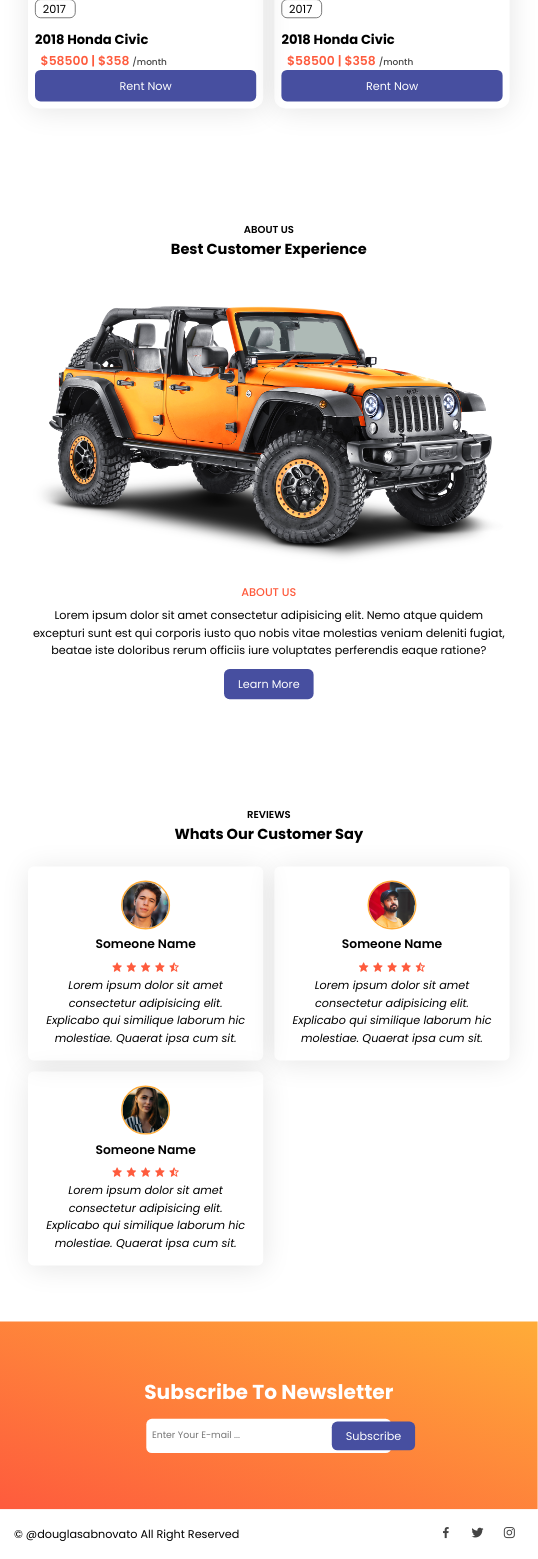
Repository: douglasabnovato/car-rental
Page: index.html
These files come from the project's save history. The page is drawn as it stood at one moment and after the next save; the edit follows.
The browser window is 768 px wide. The pictures show the part of the page from y = 2797 to 5037 px (the page is 5024 px tall before and 5037 px after), at 70% of full size.

Above is the page before, as saved 2025-05-16 22:02:04.

### index.html
<!DOCTYPE html>
<html lang="en">
  <head>
    <meta charset="UTF-8" />
    <meta name="viewport" content="width=device-width, initial-scale=1.0" />
    <title>Car Rental</title>
    <link
      rel="stylesheet"
      href="https://cdn.jsdelivr.net/npm/boxicons@latest/css/boxicons.min.css"
    />
    <link rel="stylesheet" href="./style.css" />
  </head>
  <body>
    <!-- Header -->
    <header>
      <a href="#" class="logo"
        ><img src="./assets/jeep.png" alt="logo da car rental" srcset=""
      /></a>
      <div class="bx bx-menu" id="menu-icon"></div>
      <ul class="navbar">
        <li><a href="#home">Home</a></li>
        <li><a href="#ride">Ride</a></li>
        <li><a href="#services">Services</a></li>
        <li><a href="#about">About</a></li>
        <li><a href="#reviews">Reviews</a></li>
      </ul>
      <div class="header-btn">
        <a href="#" class="sign-up">Sign Up</a>
        <a href="#" class="sign-in">Sign In</a>
      </div>
    </header>

    <!-- Home -->
    <section class="home" id="home">
      <div class="text">
        <h1>
          <span>Looking</span> to <br />
          rent a car
        </h1>
        <p>
          Lorem ipsum dolor sit amet consectetur adi <br />
          pisicing elit. Explicabo esse non fugiat!
        </p>
        <div class="app-stores">
          <img src="./assets/ios.png" alt="" />
          <img src="./assets/play.png" alt="" />
        </div>
      </div>
      <div class="form-container">
        <form action="">
          <div class="input-box">
            <span>Location</span>
            <input type="search" name="" id="" placeholder="Search Places" />
          </div>
          <div class="input-box">
            <span>Pick-Up Date</span>
            <input type="date" name="" id="" />
          </div>
          <div class="input-box">
            <span>Return Date</span>
            <input type="date" name="" id="" />
          </div>
          <input type="submit" name="" id="" class="btn" />
        </form>
      </div>
    </section>

    <!-- Ride -->
    <section class="ride" id="ride">
      <div class="heading">
        <span>How Its Work</span>
        <h1>Rent With 3 Easy Steps</h1>
      </div>
      <div class="ride-container">
        <div class="box">
          <i class="bx bxs-map"></i>
          <h2>Choose A Location</h2>
          <p>
            Lorem ipsum dolor sit, amet consectetur adipisicing elit.
            Perspiciatis, impedit? Saepe quo quam numquam maxime?
          </p>
        </div>
        <div class="box">
          <i class="bx bxs-calendar-check"></i>
          <h2>Pick-Up Date</h2>
          <p>
            Lorem ipsum dolor sit, amet consectetur adipisicing elit.
            Perspiciatis, impedit? Saepe quo quam numquam maxime?
          </p>
        </div>
        <div class="box">
          <i class="bx bxs-calendar-star"></i>
          <h2>Book A Car</h2>
          <p>
            Lorem ipsum dolor sit, amet consectetur adipisicing elit.
            Perspiciatis, impedit? Saepe quo quam numquam maxime?
          </p>
        </div>
      </div>
    </section>

    <!-- Services -->
    <section class="services" id="services">
      <div class="heading">
        <span>Best Services</span>
        <h1>
          Explore Out Top Deals <br />
          From Top Rated Dealers
        </h1>
      </div>
      <div class="services-container">
        <div class="box">
          <div class="box-img">
            <img src="./assets/car1.jpg" alt="car1" />
          </div>
          <p>2017</p>
          <h3>2018 Honda Civic</h3>
          <h2>$58500 | $358 <span> /month</span></h2>
          <a href="#" class="btn">Rent Now</a>
        </div>

        <div class="box">
          <div class="box-img">
            <img src="./assets/car2.jpg" alt="car1" />
          </div>
          <p>2017</p>
          <h3>2018 Honda Civic</h3>
          <h2>$58500 | $358 <span> /month</span></h2>
          <a href="#" class="btn">Rent Now</a>
        </div>

        <div class="box">
          <div class="box-img">
            <img src="./assets/car3.jpg" alt="car1" />
          </div>
          <p>2017</p>
          <h3>2018 Honda Civic</h3>
          <h2>$58500 | $358 <span> /month</span></h2>
          <a href="#" class="btn">Rent Now</a>
        </div>

        <div class="box">
          <div class="box-img">
            <img src="./assets/car4.jpg" alt="car1" />
          </div>
          <p>2017</p>
          <h3>2018 Honda Civic</h3>
          <h2>$58500 | $358 <span> /month</span></h2>
          <a href="#" class="btn">Rent Now</a>
        </div>

        <div class="box">
          <div class="box-img">
            <img src="./assets/car5.jpg" alt="car1" />
          </div>
          <p>2017</p>
          <h3>2018 Honda Civic</h3>
          <h2>$58500 | $358 <span> /month</span></h2>
          <a href="#" class="btn">Rent Now</a>
        </div>

        <div class="box">
          <div class="box-img">
            <img src="./assets/car6.jpg" alt="car1" />
          </div>
          <p>2017</p>
          <h3>2018 Honda Civic</h3>
          <h2>$58500 | $358 <span> /month</span></h2>
          <a href="#" class="btn">Rent Now</a>
        </div>
      </div>
    </section>

    <!-- About -->
    <section class="about" id="about">
      <div class="heading">
        <span>About Us</span>
        <h1>Best Customer Experience</h1>
      </div>
      <div class="about-container">
        <div class="about-img">
          <img src="./assets/about.png" alt="" />
        </div>
        <div class="about-text">
          <span>About Us</span>
          <p>
            Lorem ipsum dolor sit amet consectetur adipisicing elit. Nemo atque
            quidem excepturi sunt est qui corporis iusto quo nobis vitae
            molestias veniam deleniti fugiat, beatae iste doloribus rerum
            officiis iure voluptates perferendis eaque ratione?
          </p>
          <a href="#" class="btn">Learn More</a>
        </div>
      </div>
    </section>

    <!-- Reviews -->
    <section class="reviews" id="reviews">
      <div class="heading">
        <span>Reviews</span>
        <h1>Whats Our Customer Say</h1>
      </div>
      <div class="reviews-container">
        <div class="box">
          <div class="rev-img">
            <img src="./assets/rev1.jpg" alt="" />
          </div>
          <h2>Someone Name</h2>
          <div class="stars">
            <i class="bx bxs-star"></i>
            <i class="bx bxs-star"></i>
            <i class="bx bxs-star"></i>
            <i class="bx bxs-star"></i>
            <i class="bx bxs-star-half"></i>
          </div>
          <p>
            Lorem ipsum dolor sit amet consectetur adipisicing elit. Explicabo
            qui similique laborum hic molestiae. Quaerat ipsa cum sit.
          </p>
        </div>
        <div class="box">
          <div class="rev-img">
            <img src="./assets/rev2.jpg" alt="" />
          </div>
          <h2>Someone Name</h2>
          <div class="stars">
            <i class="bx bxs-star"></i>
            <i class="bx bxs-star"></i>
            <i class="bx bxs-star"></i>
            <i class="bx bxs-star"></i>
            <i class="bx bxs-star-half"></i>
          </div>
          <p>
            Lorem ipsum dolor sit amet consectetur adipisicing elit. Explicabo
            qui similique laborum hic molestiae. Quaerat ipsa cum sit.
          </p>
        </div>
        <div class="box">
          <div class="rev-img">
            <img src="./assets/rev3.jpg" alt="" />
          </div>
          <h2>Someone Name</h2>
          <div class="stars">
            <i class="bx bxs-star"></i>
            <i class="bx bxs-star"></i>
            <i class="bx bxs-star"></i>
            <i class="bx bxs-star"></i>
            <i class="bx bxs-star-half"></i>
          </div>
          <p>
            Lorem ipsum dolor sit amet consectetur adipisicing elit. Explicabo
            qui similique laborum hic molestiae. Quaerat ipsa cum sit.
          </p>
        </div>
      </div>
    </section>

    <!-- Newsletter -->
    <section class="newsletter">
      <h2>Subscribe To Newsletter</h2>
      <div class="box">
        <input type="text" placeholder="Enter Your E-mail ..." />
        <a href="#" class="btn">Subscribe</a>
      </div>
    </section>

    <!-- Copyright -->
    <div class="copyright">
      <p>&#169; @douglasabnovato All Right Reserved</p>
      <div class="social">
        <a href="#"><i class="bx bxl-facebook"></i></a>
        <a href="#"><i class="bx bxl-twitter"></i></a>
        <a href="#"><i class="bx bxl-instagram"></i></a>
      </div>
    </div>

    <!-- Link to JS -->
    <script src="./script.js"></script>
  </body>
</html>

### style.css
@import url("https://fonts.googleapis.com/css2?family=Noto+Sans:ital,wght@0,100..900;1,100..900&family=Poppins:ital,wght@0,100;0,200;0,300;0,400;0,500;0,600;0,700;0,800;0,900;1,100;1,200;1,300;1,400;1,500;1,600;1,700;1,800;1,900&display=swap");

* {
  margin: 0;
  padding: 0;
  box-sizing: border-box;
  scroll-padding-top: 2rem;
  scroll-behavior: smooth;
  list-style: none;
  text-decoration: none;
  font-family: "Poppins", sans-serif;
}

:root {
  --main-color: #fe5b3d;
  --second-color: #ffac38;
  --text-color: #444;
  --gradient: linear-gradient(#fe5b3d, #ffac38);
}

html::-webkit-scrollbar {
  width: 0.5rem;
}

html::-webkit-scrollbar-track {
  background: transparent;
}

html::-webkit-scrollbar-thumb {
  background: var(--main-color);
  border-radius: 5rem;
}

section {
  padding: 50px 100px;
}

/* Header */

header {
  position: fixed;
  width: 100%;
  top: 0;
  right: 0;
  z-index: 1000;
  display: flex;
  align-items: center;
  justify-content: space-between;
  background: #eeeff1;
  padding: 15px 100px;
}

.logo img {
  width: 40px;
}

.navbar {
  display: flex;
}

.navbar li {
  position: relative;
}

.navbar a {
  font-size: 1rem;
  padding: 10px 20px;
  color: var(--text-color);
  font-weight: 500;
}

.navbar a:after {
  content: "";
  width: 0;
  height: 3px;
  background: var(--gradient);
  position: absolute;
  bottom: -4px;
  left: 0;
  transition: 0.5s;
}

.navbar a:hover::after {
  width: 100%;
}

#menu-icon {
  font-size: 24px;
  cursor: pointer;
  z-index: 10001;
  display: none;
}

.header-btn a {
  padding: 10px 20px;
  color: var(--text-color);
  font-weight: 500;
}

.header-btn .sign-in {
  background: #474fa0;
  color: #fff;
  border-radius: 0.5rem;
}

.header-btn .sign-in:hover {
  background: var(--main-color);
}

/* Home */
.home {
  width: 100%;
  min-height: 100vh;
  position: relative;
  background: url(./assets/Car\ Website\ –\ 1@2x.png);
  background-repeat: no-repeat;
  background-position: center right;
  background-size: cover;
  display: grid;
  align-items: center;
  grid-template-columns: repeat(2, 1fr);
}

.text h1 {
  font-size: 3.5rem;
  letter-spacing: 2px;
}

.text span {
  color: var(--main-color);
}

.text p {
  margin: 0.5rem 0 1rem;
}

.app-stores {
  display: flex;
}

.app-stores img {
  width: 100px;
  margin-right: 1rem;
  cursor: pointer;
}

.form-container form {
  display: flex;
  flex-wrap: wrap;
  align-items: center;
  gap: 1rem;
  position: absolute;
  bottom: 4rem;
  left: 100px;
  background: #fff;
  padding: 20px;
  border-radius: 0.5rem;
}

.input-box {
  flex: 1 1 7rem;
  display: flex;
  flex-direction: column;
}

.input-box span {
  font-weight: 500;
}

.input-box input {
  padding: 7px;
  outline: none;
  border: none;
  background: #eeeff1;
  border-radius: 0.5rem;
  font-size: 1rem;
}

.form-container form .btn {
  flex: 1 1 7rem;
  padding: 10px 34px;
  border: none;
  border-radius: 0.5rem;
  background: #474fa0;
  color: #fff;
  font-size: 1rem;
  font-weight: 500;
}

.form-container form .btn:hover {
  background: var(--main-color);
  cursor: pointer;
}

/* Ride */
.heading {
  text-align: center;
}

.heading span {
  font-weight: 500;
  text-transform: uppercase;
}

.heading h1 {
  font-size: 2rem;
}

.ride-container {
  display: grid;
  align-items: center;
  grid-template-columns: repeat(auto-fit, minmax(250px, auto));
  gap: 1rem;
  margin-top: 2rem;
}

.ride-container .box {
  text-align: center;
  padding: 20px;
}

.ride-container .box .bx {
  font-size: 34px;
  padding: 10px;
  background: #eeeff1;
  border-radius: 0.5rem;
  color: var(--main-color);
}

.ride-container .box h2 {
  font-size: 1.3rem;
  font-weight: 500;
  margin: 1.4rem 0 0.5rem;
}

.ride-container .box .bx:hover,
.ride-container .box .bx .bxs-calendar-star {
  background: var(--gradient);
  color: #fff;
}

/* Services */
.services-container {
  display: grid;
  grid-template-columns: repeat(auto-fit, minmax(300px, auto));
  gap: 1rem;
  margin-top: 2rem;
}

.services-container .box {
  padding: 10px;
  border-radius: 1rem;
  box-shadow: 1px 4px 41px rgba(0, 0, 0, 0.1);
}

.services-container .box .box-img {
  width: 100%;
  height: 200px;
}

.services-container .box .box-img img {
  width: 100%;
  height: 100%;
  border-radius: 1rem;
  object-fit: cover;
  object-position: center;
}

.services-container .box p {
  padding: 0 10px;
  border: 1px solid var(--text-color);
  width: 58px;
  border-radius: 0.5rem;
  margin: 1rem 0 1rem;
}

.services-container .box h2 {
  font-size: 1.1rem;
  font-weight: 600;
  color: var(--main-color);
  margin: 0.2rem 0 0 0.5rem;
}

.services-container .box h2 span {
  font-size: 0.8rem;
  font-weight: 500;
  color: var(--text-color);
}

.services-container .box .btn {
  display: flex;
  justify-content: center;
  background: #474fa0;
  color: #fff;
  padding: 10px;
  border-radius: 0.5rem;
}

.services-container .box .btn:hover {
  background: var(--main-color);
}

/* About */
.about-container {
  display: grid;
  grid-template-columns: repeat(2, 1fr);
  margin-top: 2rem;
  align-items: center;
  gap: 1rem;
}

.about-img img {
  width: 100%;
}

.about-text span {
  font-weight: 500;
  color: var(--main-color);
  text-transform: uppercase;
}

.about-text p {
  margin: 0.5rem 0 1.4rem;
}

.about-text .btn {
  padding: 10px 20px;
  background: #474fa0;
  color: #fff;
  border-radius: 0.5rem;
}

.about-text .btn:hover {
  background: var(--main-color);
}

/* Review */
.reviews-container {
  display: grid;
  grid-template-columns: repeat(auto-fit, minmax(250px, auto));
  gap: 1rem;
  margin-top: 2rem;
}

.rev-img {
  width: 70px;
  height: 70px;
}

.rev-img img {
  width: 100%;
  height: 100%;
  border-radius: 50%;
  object-fit: cover;
  object-position: center;
  border: 2px solid var(--second-color);
}

.reviews-container .box {
  display: flex;
  flex-direction: column;
  align-items: center;
  text-align: center;
  padding: 20px;
  box-shadow: 1px 4px 41px rgba(0, 0, 0, 0.1);
  border-radius: 0.5rem;
}

.reviews-container .box h2 {
  font-size: 1.1rem;
  font-weight: 600;
  margin: 0.5rem 0 0.5rem;
}

.reviews-container .box p {
  font-style: italic;
}

.reviews-container .box .stars .bx {
  color: var(--main-color);
}

/* Newsletter */
.newsletter {
  background: linear-gradient(to top right, #fe5b3d, #ffac38);
  display: flex;
  flex-direction: column;
  align-items: center;
}

.newsletter h2 {
  color: #fff;
  font-size: 1.8rem;
}

.newsletter .box {
  margin-top: 1rem;
  background: #fff;
  border-radius: 0.5rem;
  padding: 4px 8px;
  width: 350px;
  display: flex;
  justify-content: space-between;
}

.newsletter .box input {
  border: none;
  outline: none;
}

.newsletter .box .btn {
  background: #474fa0;
  color: #fff;
  padding: 8px 20px;
  border-radius: 0.5rem;
}

/* Copyright */
.copyright {
  padding: 20px;
  display: flex;
  justify-content: space-between;
  align-items: center;
}

.social a {
  color: #444;
  padding: 10px;
  font-size: 21px;
  transition: font-size 2s;
}

.social a:hover {
  font-size: 24px;
  color: #fe5b3d;
}

/* Responsive */

@media screen and (max-width: 991px) {
  header {
    padding: 18px 40px;
  }
  section {
    padding: 80px 40px;
  }
}

@media screen and (max-width: 891px) {
  .home {
    background-position: left;
  }
  .form-container form {
    bottom: 0.2rem;
    left: 40px;
  }
}

@media screen and (max-width: 768px) {
  header {
    padding: 11px 40px;
  }

  #menu-icon {
    display: initial;
  }

  .sign-up {
    display: none;
  }

  .text h2 {
    font-size: 2.5rem;
  }

  .home {
    grid-template-columns: 1fr;
  }

  .form-container form {
    position: unset;
  }

  header .navbar {
    position: absolute;
    top: -500px;
    left: 0;
    right: 0;
    display: flex;
    flex-direction: column;
    background: #fff;
    box-shadow: 0 4px 4px rgba(0, 0, 0, 0.1);
    transition: 0.2 ease;
    text-align: left;
  }

  .navbar.active {
    top: 100%;
  }

  .navbar a {
    padding: 1rem;
    border-left: 2px solid var(--main-color);
    margin: 1rem;
    display: block;
  }

  .navbar a:hover {
    color: #fff;
    background: var(--main-color);
    border: none;
  }

  .navbar a::after {
    display: none;
  }

  .heading span {
    font-size: 0.9rem;
    font-weight: 600;
  }

  .heading h1 {
    font-size: 1.3rem;
  }

  .about-container {
    grid-template-columns: 1fr;
    text-align: center;
  }
}

### script.js
/**
 * Menu Header responsive
 */
let menu = document.querySelector("#menu-icon");
let navbar = document.querySelector(".navbar");

menu.onclick = () => {
  menu.classList.toggle("bx-x");
  navbar.classList.toggle("active");
};

window.onscroll = () => {
  menu.classList.remove("bx-x");
  navbar.classList.remove("active");
};

After the next save:
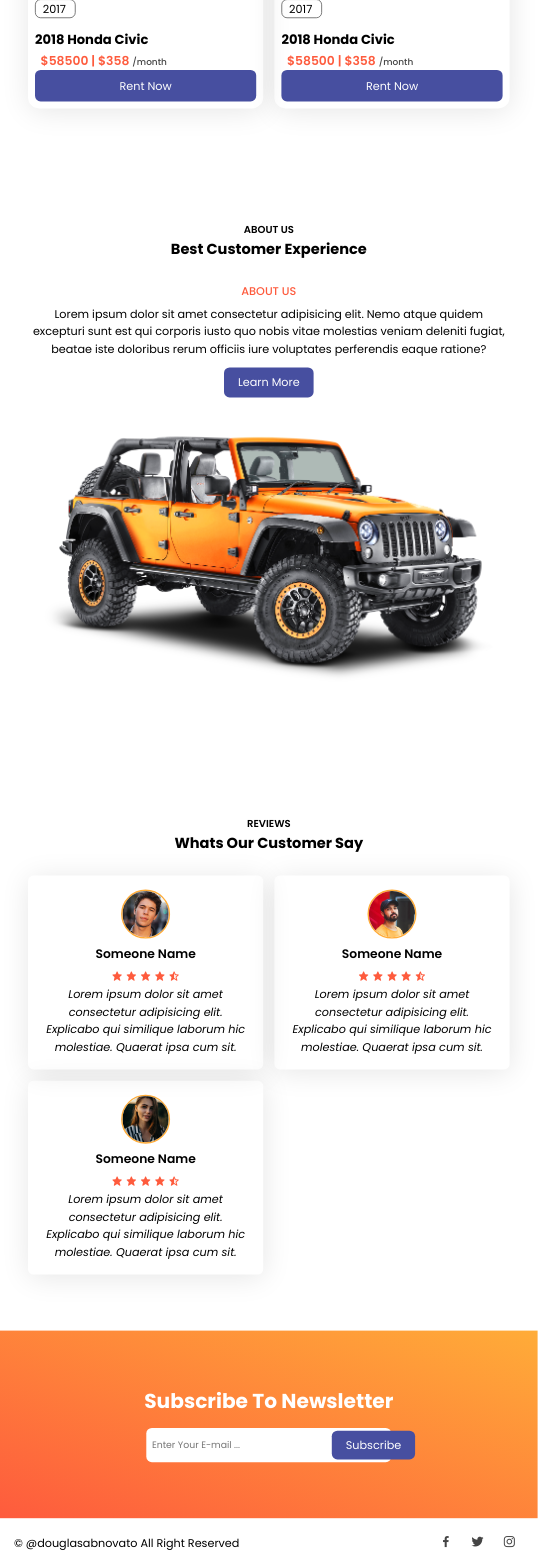
Saved 51 s later.
--- a/style.css
+++ b/style.css
@@ -528,4 +528,9 @@ header {
     grid-template-columns: 1fr;
     text-align: center;
   }
-}
+
+  .about-img{
+    padding: 1rem;
+    order: 2;
+  }
+}
